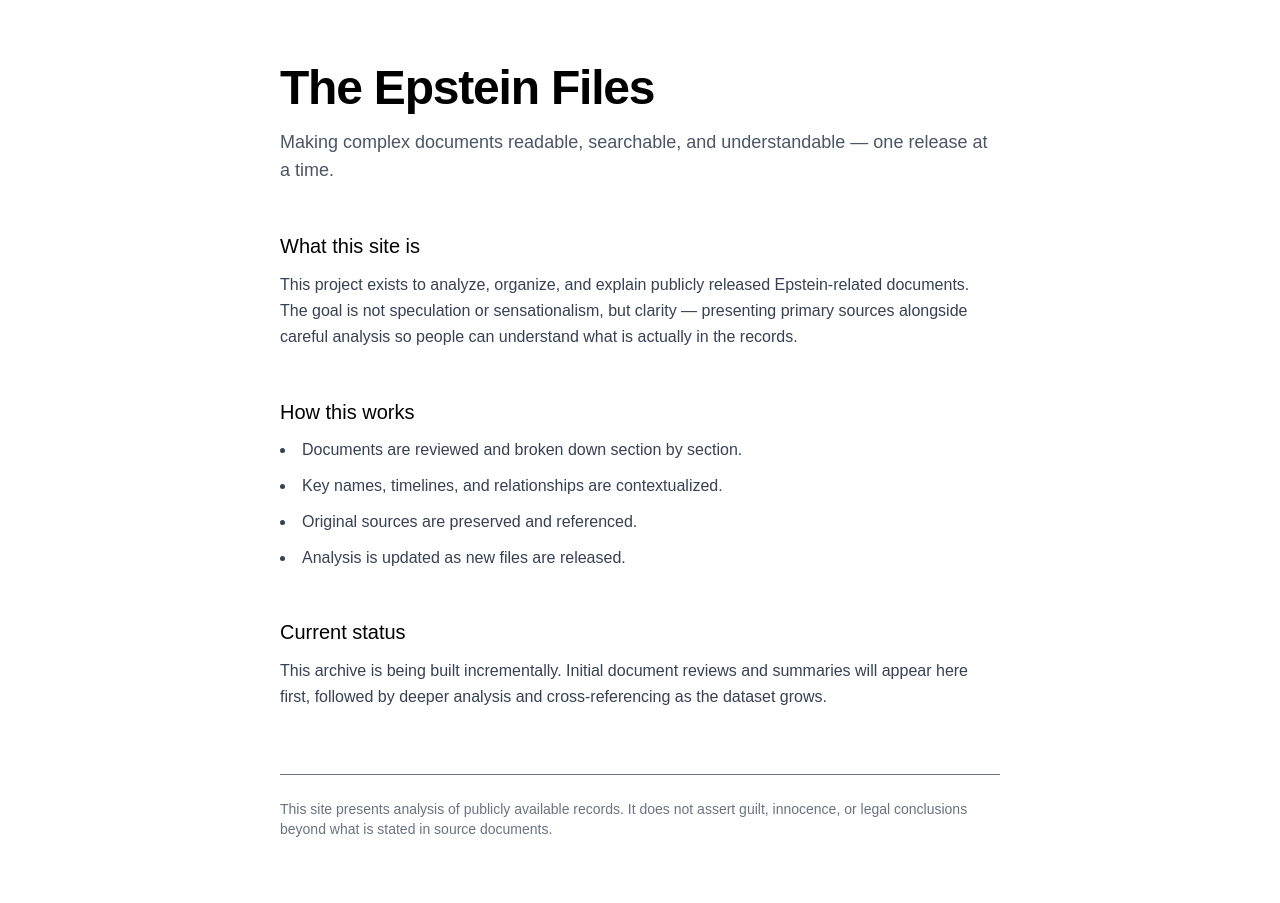
Repository: dayvoid97/epsteindump
Page: /
An editor plug-in stored every save of this project. The page is shown before and after the next save, followed by the edit.
The browser window is 1280 px wide. The pictures show the whole page.
The project was rebuilt for these pictures with package versions that can differ from the ones it lists, and the page was loaded fresh each time. The framework's server and built-in components were replaced by stand-ins that run in the browser. Also part of the build but not shown: next.config.ts.

Above is the page before, as saved 2026-02-02 01:02:51.

### app/page.tsx
export default function Home() {
  return (
    <main className="min-h-screen bg-white text-black">
      <div className="max-w-3xl mx-auto px-6 py-16">
        {/* Header */}
        <header className="mb-12">
          <h1 className="text-4xl md:text-5xl font-semibold tracking-tight">The Epstein Files</h1>
          <p className="mt-4 text-lg text-gray-600">
            Making complex documents readable, searchable, and understandable — one release at a
            time.
          </p>
        </header>

        {/* Mission */}
        <section className="mb-12">
          <h2 className="text-xl font-medium mb-3">What this site is</h2>
          <p className="text-gray-700 leading-relaxed">
            This project exists to analyze, organize, and explain publicly released Epstein-related
            documents. The goal is not speculation or sensationalism, but clarity — presenting
            primary sources alongside careful analysis so people can understand what is actually in
            the records.
          </p>
        </section>

        {/* What to Expect */}
        <section className="mb-12">
          <h2 className="text-xl font-medium mb-3">How this works</h2>
          <ul className="space-y-3 text-gray-700 list-disc list-inside">
            <li>Documents are reviewed and broken down section by section.</li>
            <li>Key names, timelines, and relationships are contextualized.</li>
            <li>Original sources are preserved and referenced.</li>
            <li>Analysis is updated as new files are released.</li>
          </ul>
        </section>

        {/* Status */}
        <section className="mb-16">
          <h2 className="text-xl font-medium mb-3">Current status</h2>
          <p className="text-gray-700 leading-relaxed">
            This archive is being built incrementally. Initial document reviews and summaries will
            appear here first, followed by deeper analysis and cross-referencing as the dataset
            grows.
          </p>
        </section>

        {/* Footer */}
        <footer className="border-t pt-6 text-sm text-gray-500">
          <p>
            This site presents analysis of publicly available records. It does not assert guilt,
            innocence, or legal conclusions beyond what is stated in source documents.
          </p>
        </footer>
      </div>
    </main>
  )
}

Loaded but not shown: app/layout.tsx (common file); app/globals.css (common file)

After the next save:
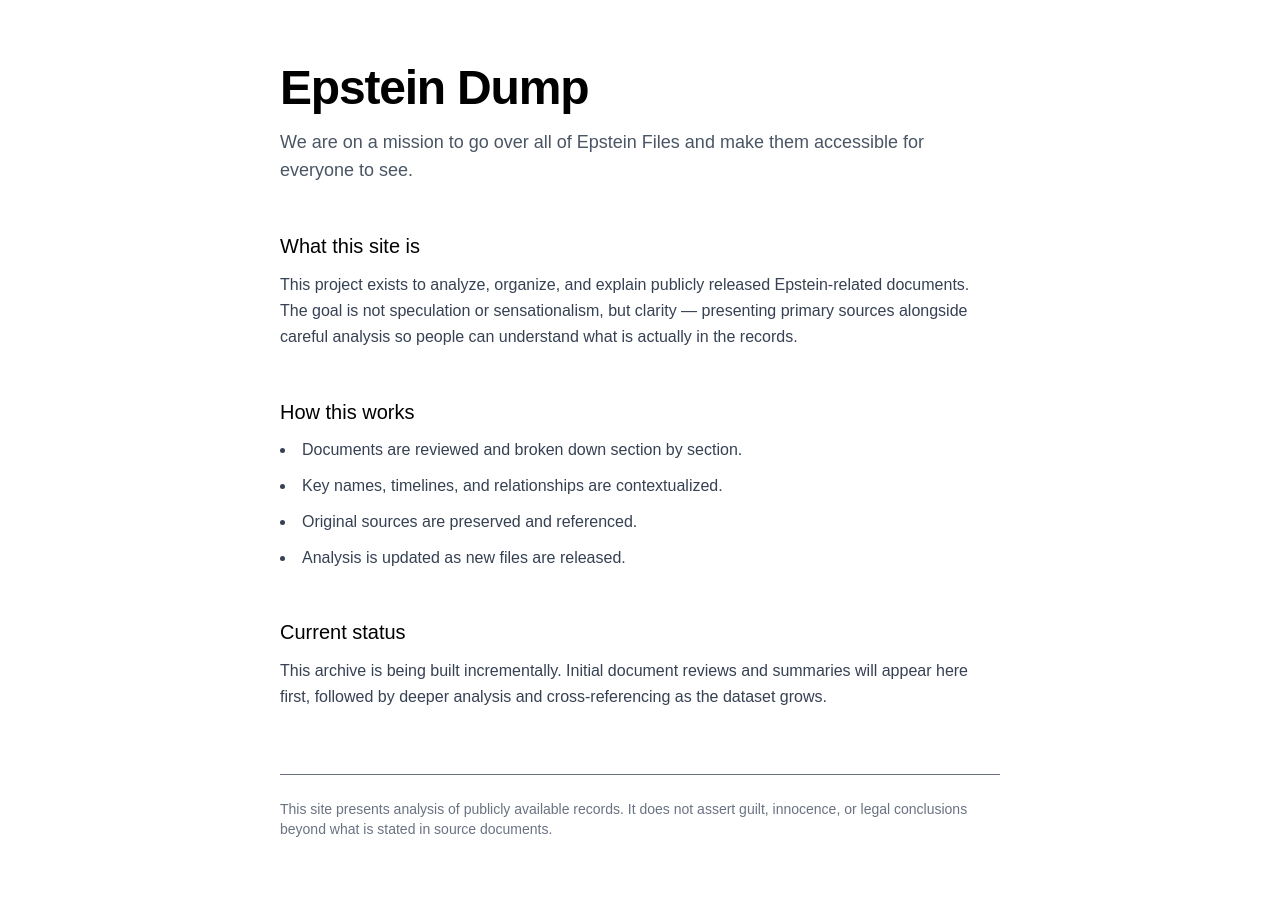
Saved 63 s later.
--- a/app/page.tsx
+++ b/app/page.tsx
@@ -4,10 +4,10 @@
       <div className="max-w-3xl mx-auto px-6 py-16">
         {/* Header */}
         <header className="mb-12">
-          <h1 className="text-4xl md:text-5xl font-semibold tracking-tight">The Epstein Files</h1>
+          <h1 className="text-4xl md:text-5xl font-semibold tracking-tight">Epstein Dump</h1>
           <p className="mt-4 text-lg text-gray-600">
-            Making complex documents readable, searchable, and understandable — one release at a
-            time.
+            We are on a mission to go over all of Epstein Files and make them accessible for
+            everyone to see.
           </p>
         </header>
 
